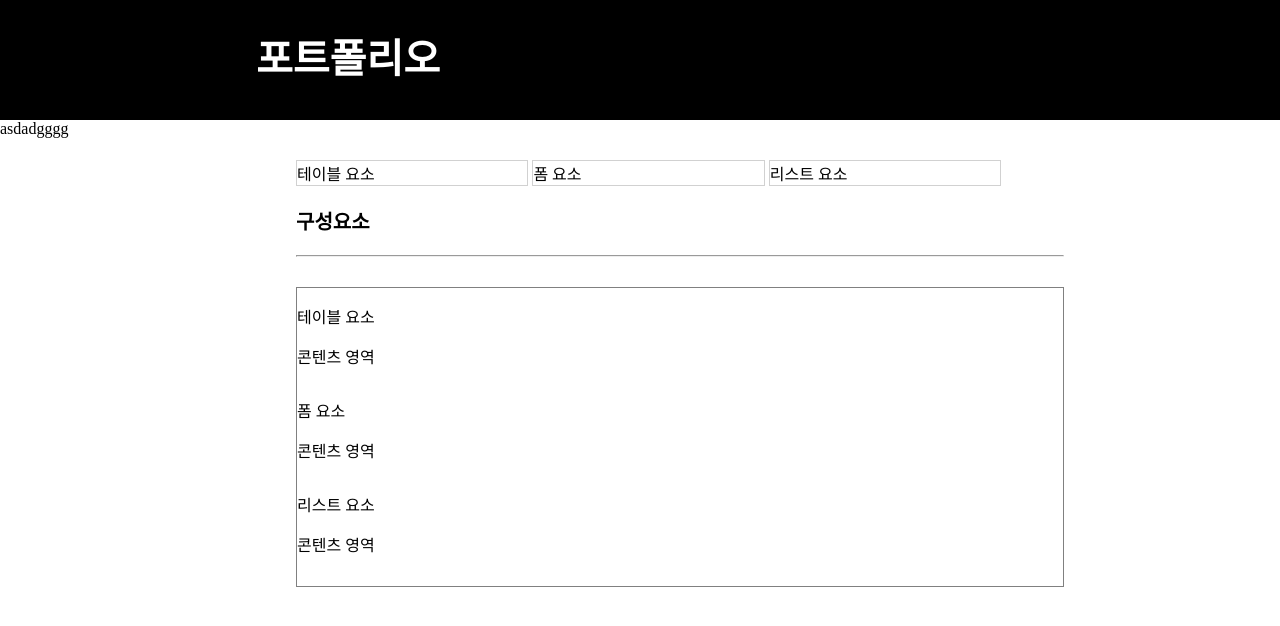
Repository: ItChoi/CSS-Study
Page: Css/WebContent/html/boostcourse/project-A1/portfolio.html
An editor plug-in stored every save of this project. The page is shown before and after the next save, followed by the edit.
The browser window is 1280 px wide. The pictures show the whole page.

Above is the page before, as saved 2019-06-18 10:29:38.

### Css/WebContent/html/boostcourse/project-A1/portfolio.html
<!DOCTYPE html>
<html>
<head>
	<link href="../../../css/boostcourse/project-A1/portfolio.css" rel="stylesheet" type="text/css">

</head>
<body>
	<div class="wrap">

		<div class="header">

		</div>

		<div class="content">

			<div class="con_header">
				<p class="title">포트폴리오</p>
			</div>

			<div class="con_content">

				<div class="button_list">
					<ul>
						<li class="button_elements">테이블 요소</li>
						<li class="button_elements">폼 요소</li>
						<li class="button_elements">리스트 요소</li>
					</ul>
				</div>

				<div class="element">
					<p class="element_title">구성요소</p>
					<hr/>

					<div class="elements_box">
						<div class="e_table ele">
							<div class="ele_title">
								<p>테이블 요소</p>
							</div>
							<div class="ele_content">
								콘텐츠 영역
							</div>
						</div>

						<div class="e_form ele">
							<div class="ele_title">
								<p>폼 요소</p>
							</div>
							<div class="ele_content">
								콘텐츠 영역
							</div>
						</div>

						<div class="e_list ele">
							<div class="ele_title">
								<p>리스트 요소</p>
							</div>
							<div class="ele_content">
								콘텐츠 영역
							</div>
						</div>

					</div>

				</div>

			</div>

		</div>

		<div class="footer">
		asdadgggg
		</div>


	</div>

</body>
</html>

### Css/WebContent/css/boostcourse/project-A1/portfolio.css
html, body, .wrap {
	margin: 0px;
	padding: 0px;
}

.header {
	width: 100%;
	height: 120px;
	background: #000;

	position: relative;
}

.content {
	position: absolute;
	top: 0;
	left: 20%;
	right: 20%;
}

.con_header {
	height: 120px;
}

.title {
	margin: 0px;
	color: #fff;
	font-size: 40px;
	font-weight: bold;
	line-height: 120px;
}

.con_content {
	width: 100%;
	padding-left: 40px;
	padding-right: 40px;
}

ul {
	margin: 0px;
	padding: 0px;
	margin-top: 40px;
	list-style: none;
}

.button_elements {
	display: inline-block;
	border:  1px solid #d1d1d1;
	width: 30%;
}

.button_elements:HOVER {
	background-color: #454545;
	font-weight: bold;
}

.element_title {
	font-size: 20px;
	color: #000;
	font-weight: bold;
}

hr {
/* 	border: 1px solid #454545; */
}

.elements_box {
	margin-top: 30px;
	border: 1px solid gray;
}

.ele {
	margin-bottom: 30px;
}

After the next save:
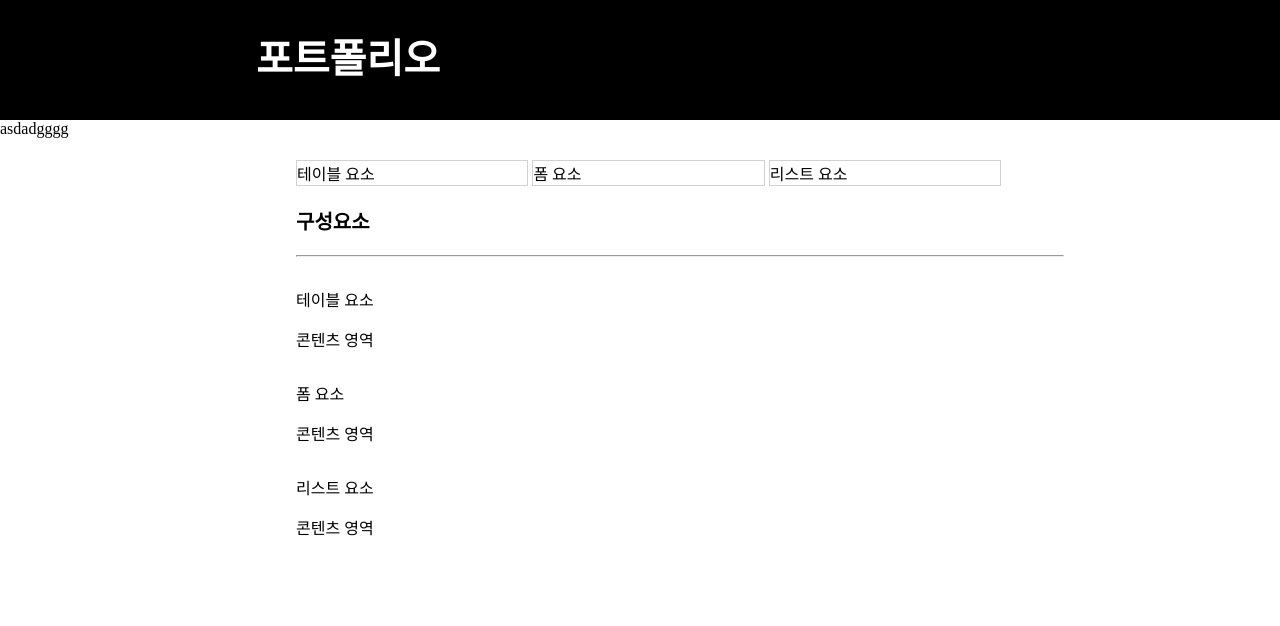
Saved 2 min 33 s later.
--- a/Css/WebContent/css/boostcourse/project-A1/portfolio.css
+++ b/Css/WebContent/css/boostcourse/project-A1/portfolio.css
@@ -66,7 +66,6 @@ hr {
 
 .elements_box {
 	margin-top: 30px;
-	border: 1px solid gray;
 }
 
 .ele {
